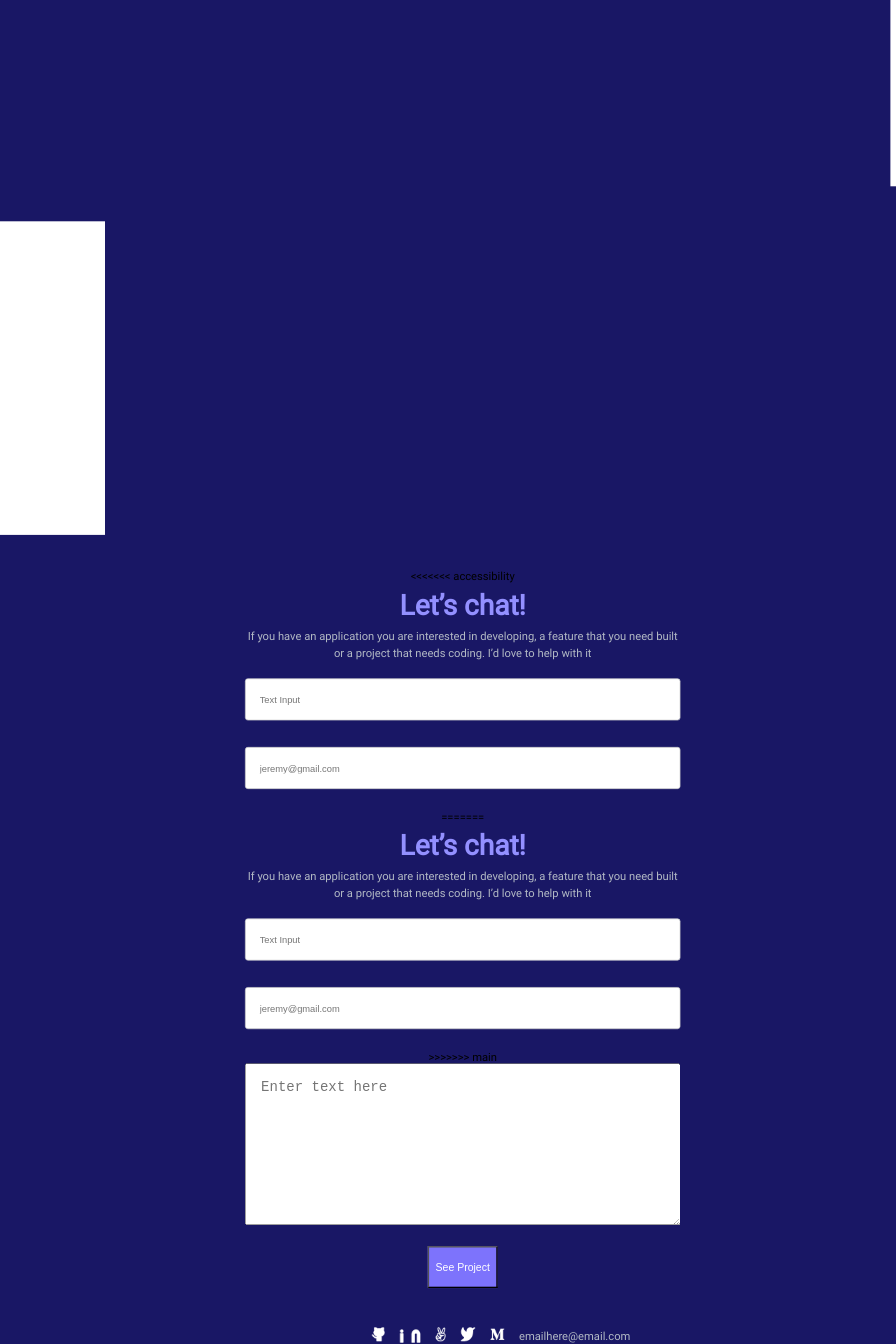
Repository: mustabbas/Portfolio
Page: index.html
An editor plug-in stored every save of this project. The page is shown before and after the next save, followed by the edit.
The browser window is 1280 px wide. The pictures show the part of the page from y = 2393 to 4313 px (the page is 4313 px tall before and 4256 px after), at 70% of full size.

Above is the page before, as saved 2021-08-25 02:04:06.

After the next save:
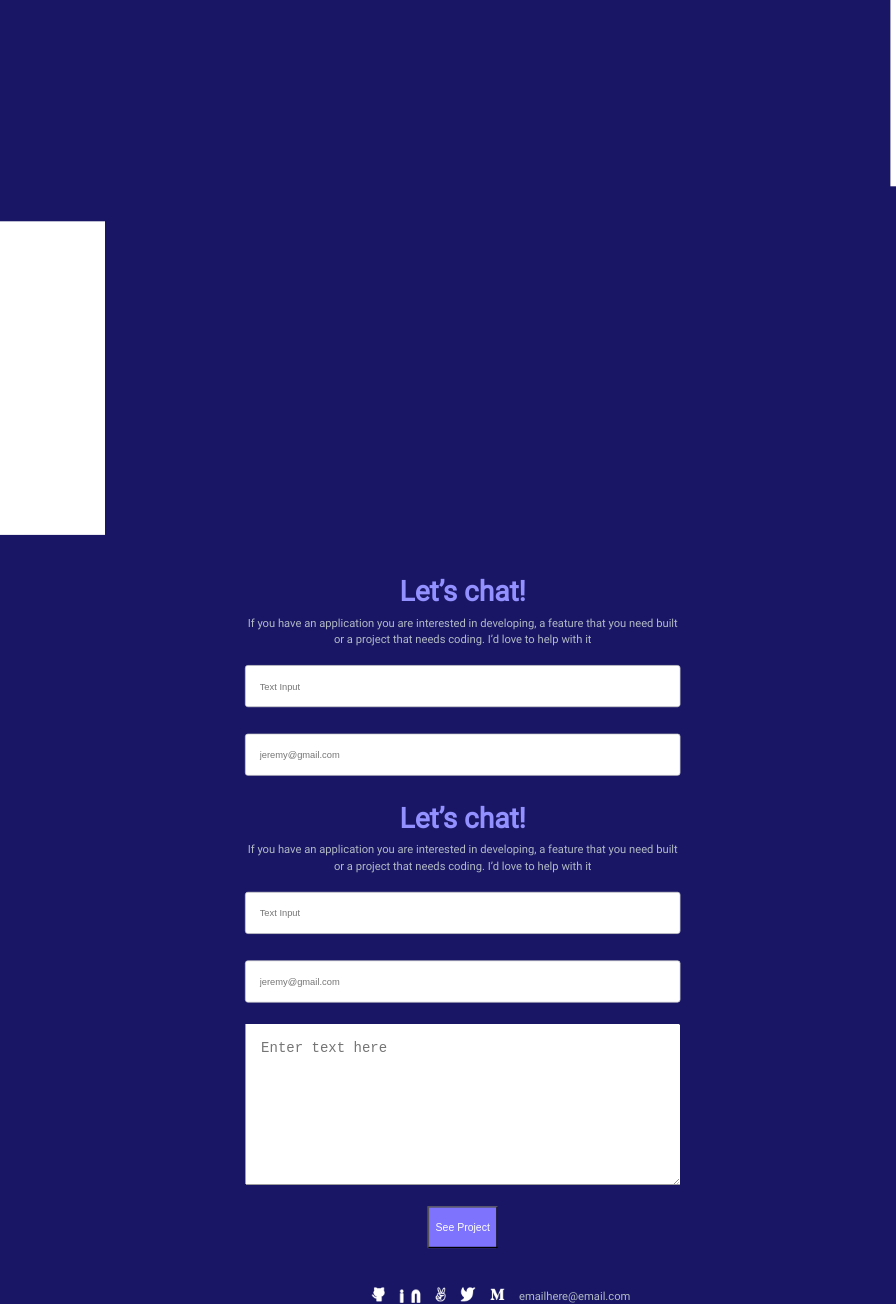
Saved 83 s later.
--- a/index.html
+++ b/index.html
@@ -198,21 +198,18 @@
     <div class="card-container">
       <div class="card">
         <div class="card-body center-text margin">
-<<<<<<< accessibility
           <h3 class="h3-sm">CONTACT US</h3>
           <h3 class="h3-l">Let’s chat!</h3>
           <p id="contact-p">If you have an application you are interested in developing, a feature that you need built or a project that needs coding. I’d love to help with it</p>
           <form method="POST" action="https://formspree.io/f/xdoypzrq" id="aboutmeForm">
             <input type="text" name="name" placeholder="Text Input" maxlength="30" required />
             <input type="email" name="email" placeholder="jeremy@gmail.com" required />
-=======
         <h3 class="h3-sm">CONTACT US</h3>
         <h3 class="h3-l">Let’s chat!</h3>
         <p id="contact-p">If you have an application you are interested in developing, a feature that you need built or a project that needs coding. I’d love to help with it </p>
         <form method="POST" action="https://formspree.io/f/xdoypzrq" id="aboutmeForm">
             <input type="text" name="name" placeholder="Text Input" maxlength="30" required/>
             <input type="email" name="email" placeholder="jeremy@gmail.com" required/>
->>>>>>> main
             <textarea name="description" rows="15" cols="48" placeholder="Enter text here" maxlength="500" required></textarea>
             <button type="submit" form="aboutmeForm" class="button btn">See Project</button>
           </form>
